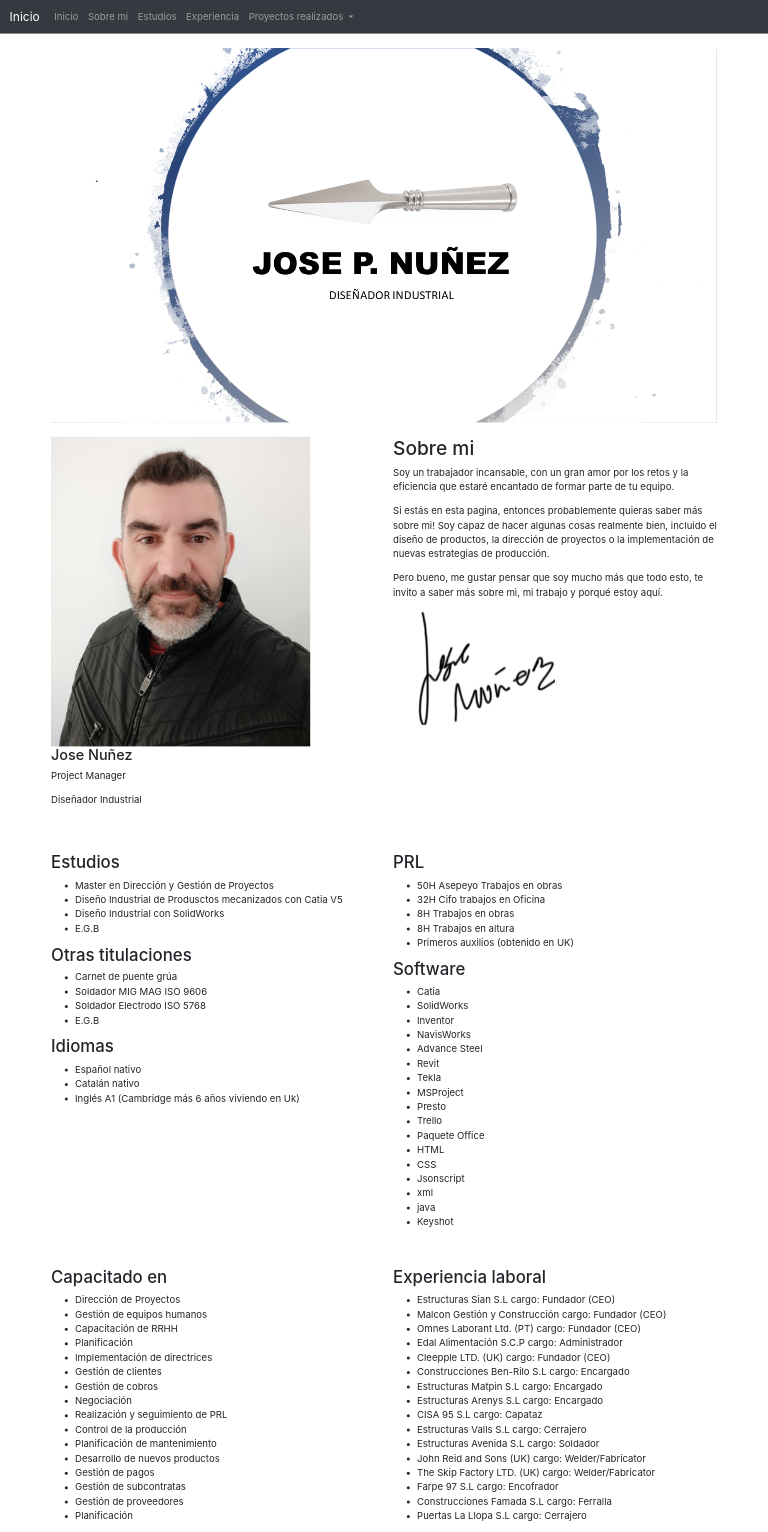
Repository: Hrotgarion1/jose
Page: index.html
The author's editor kept a copy of each file at every save. The page is drawn from the files as they stood at one save, then again after the next save.
The browser window is 1280 px wide. The pictures show the whole page, at 60% of full size.

Above is the page before, as saved 2020-09-29 20:31:14.

After the next save:
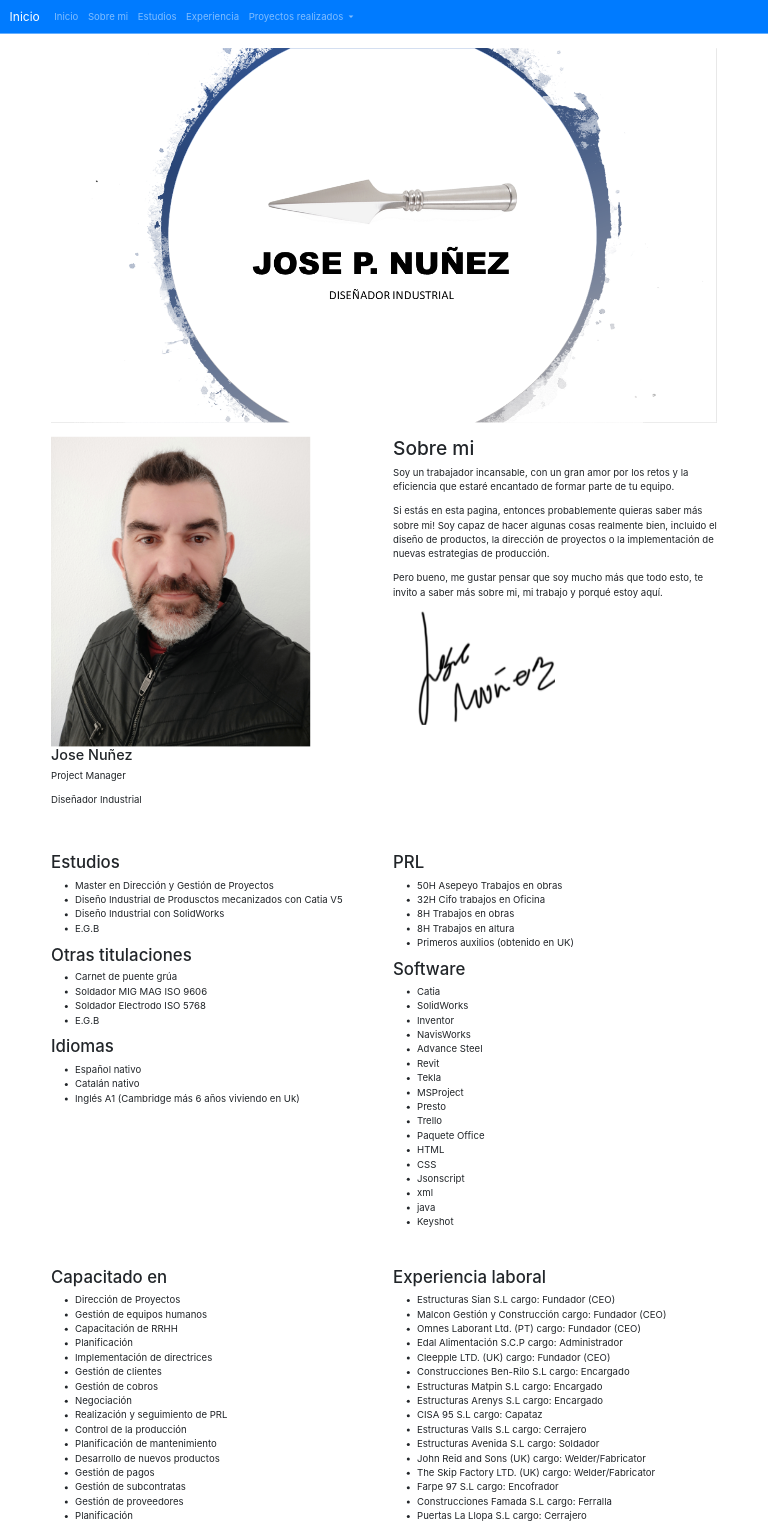
Saved 41 s later.
--- a/index.html
+++ b/index.html
@@ -11,7 +11,7 @@
 </head>
 <body>
     <!--Navegador responsive de la web-->
-    <nav class="navbar navbar-expand-lg navbar-dark bg-dark">
+    <nav class="navbar navbar-expand-lg navbar-dark bg-primary">
         <a class="navbar-brand" href="../jose/index.html">Inicio</a>
         <button class="navbar-toggler" type="button" data-toggle="collapse" data-target="#navbarNavDropdown" aria-controls="navbarNavDropdown" aria-expanded="false" aria-label="Toggle navigation">
           <span class="navbar-toggler-icon"></span>
